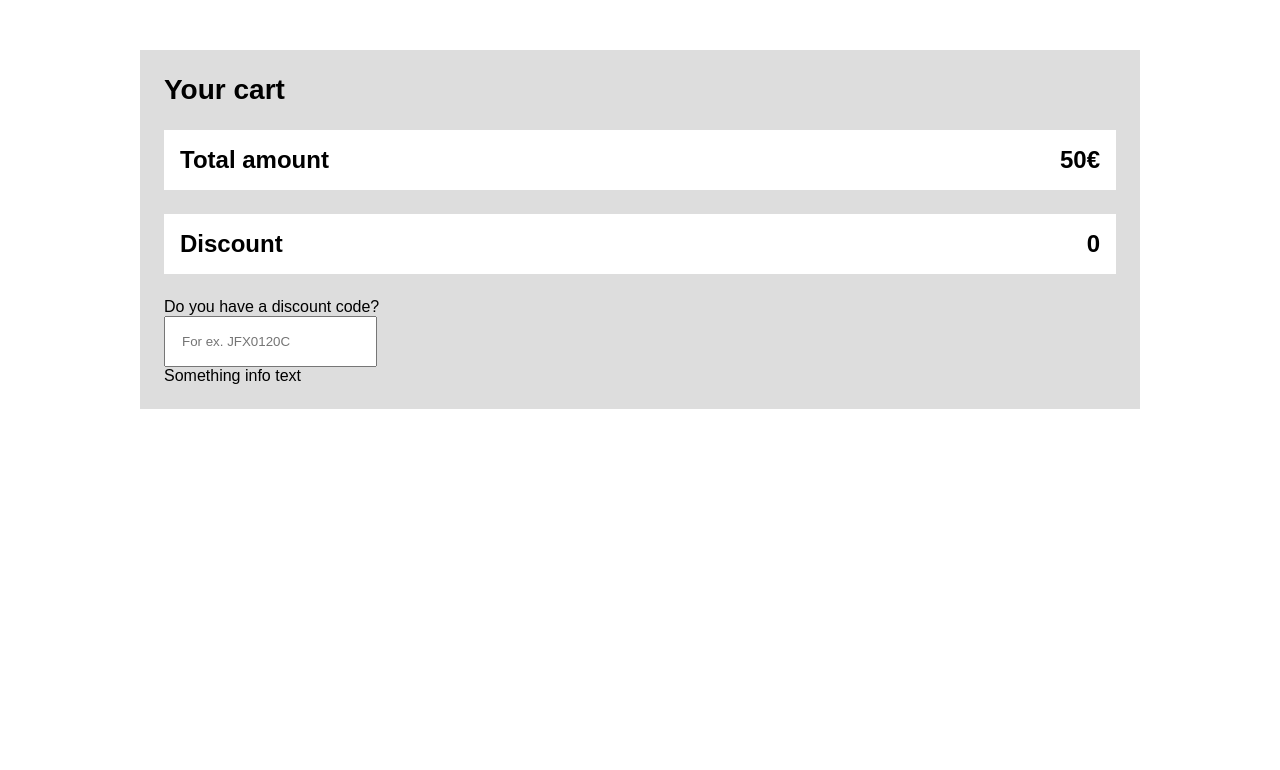
Repository: kcvijay/cart-discoutcodes
Page: /
The author's editor kept a copy of each file at every save. The page is drawn from the files as they stood at one save, then again after the next save.
The browser window is 1280 px wide. The pictures show the whole page.
The project was rebuilt for these pictures with package versions that can differ from the ones it lists, and the page was loaded fresh each time. Also part of the build but not shown: src/App.css.

Above is the page before, as saved 2023-05-17 11:32:17.

After the next save:
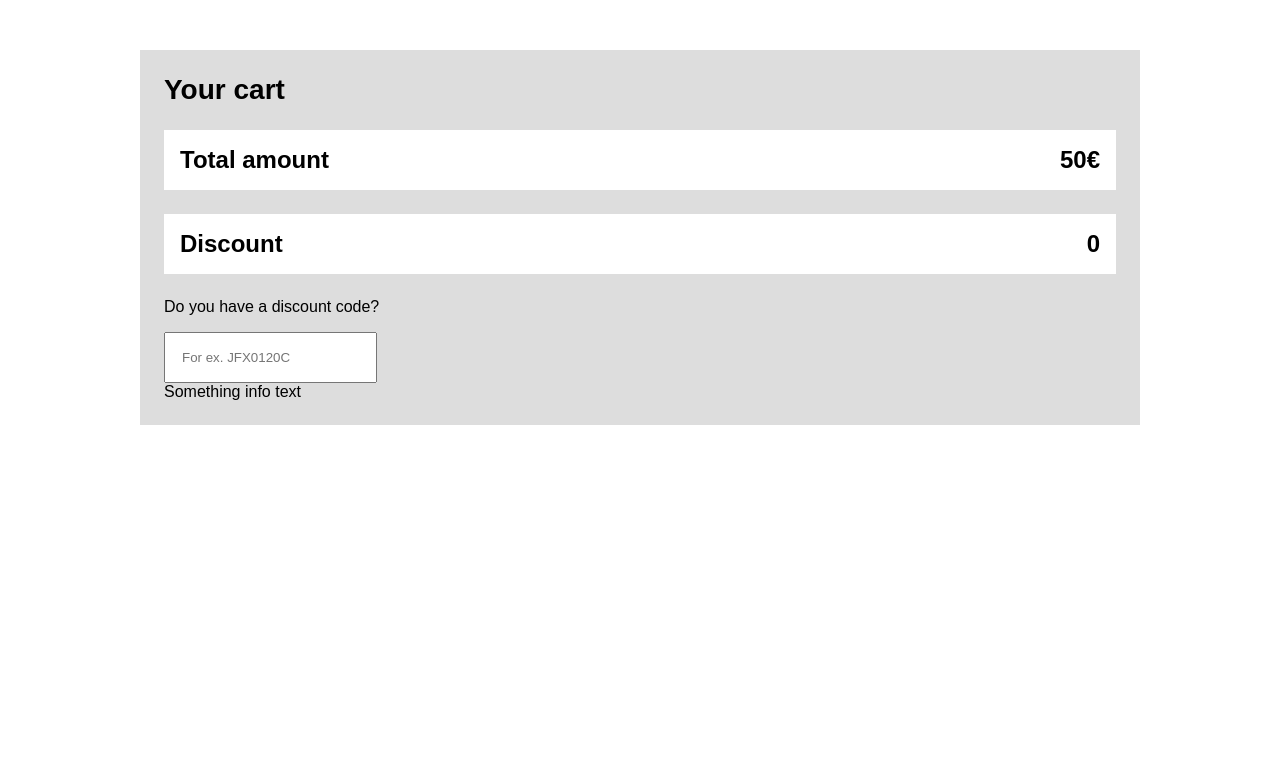
Saved 27 s later.
--- a/src/CartInput.tsx
+++ b/src/CartInput.tsx
@@ -12,8 +12,9 @@ const CartInput = () => {
         <h2>Discount</h2>
         <h2>{"0"}</h2>
       </div>
-      <p>Do you have a discount code?</p>
+
       <form>
+        <label htmlFor="discountCode">Do you have a discount code?</label>
         <input
           type="text"
           name="discountCode"
